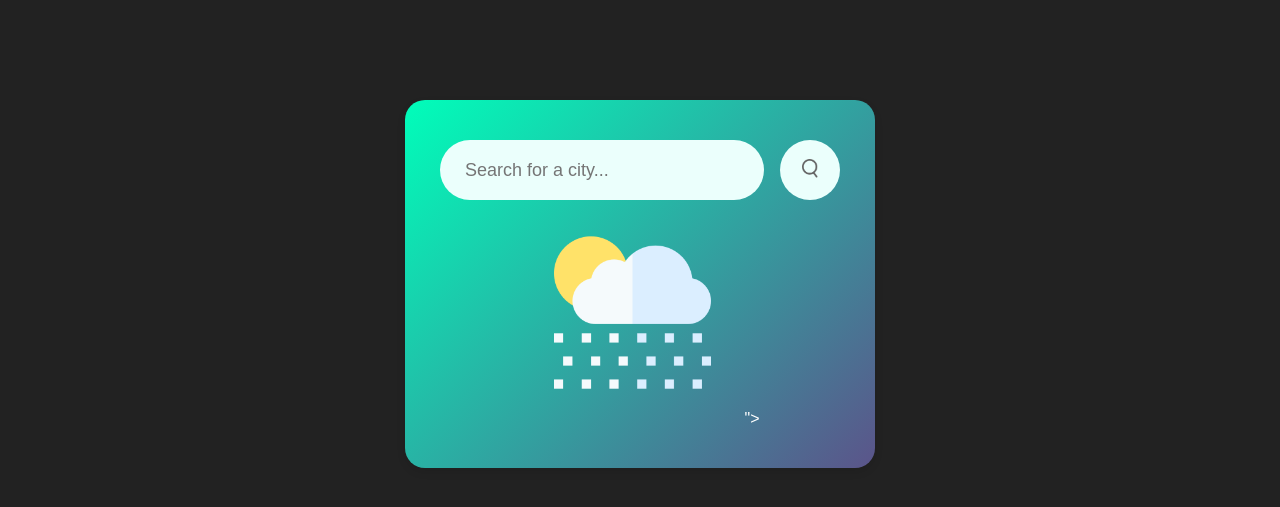
Repository: Abdelilah-Lakrim/Weather-App
Page: index.html
These files come from the project's save history. The page is drawn as it stood at one moment and after the next save; the edit follows.
The browser window is 1280 px wide. The pictures show the whole page.

Above is the page before, as saved 2025-06-17 11:10:57.

After the next save:
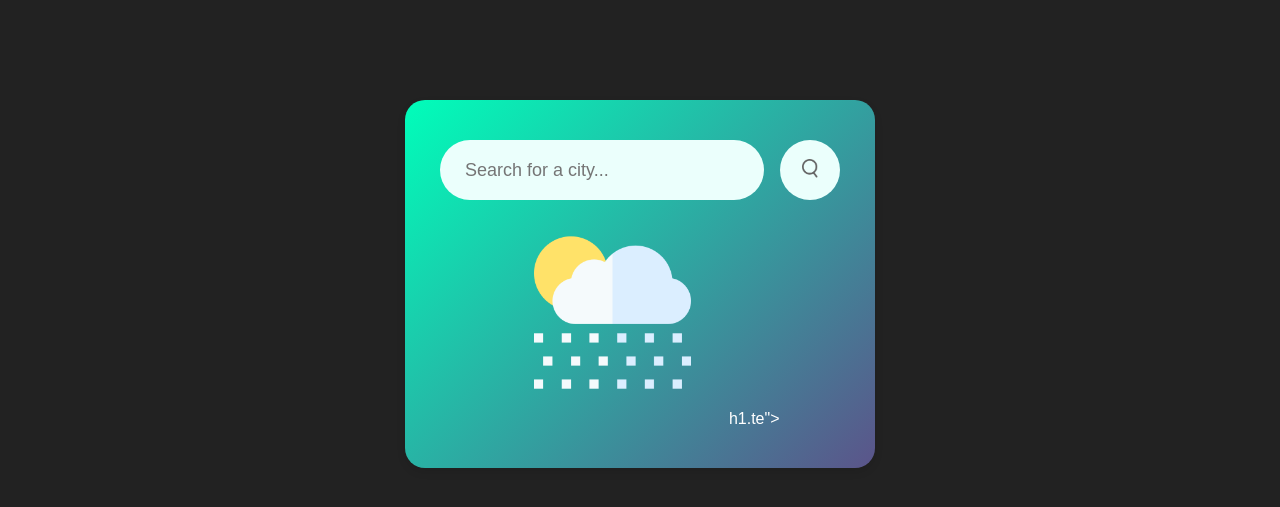
Saved 9 s later.
--- a/index.html
+++ b/index.html
@@ -13,7 +13,8 @@
             <button><img src="images/search.png"></button>
         </div>
         <div class="weather">
-            <img src="images/rain.png" class="weather-icon">">
+            <img src="images/rain.png" class="weather-icon">
+            h1.te">
         </div>
     </div>
 
